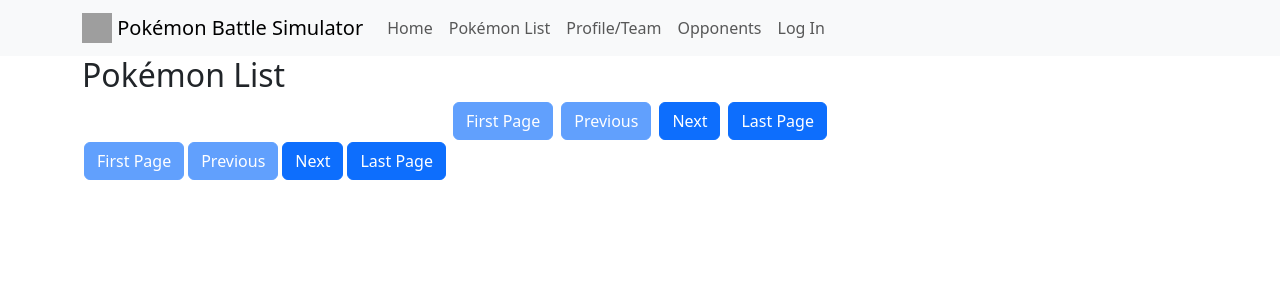
Repository: chsbca/Pokemon-Battle-Simulator
Page: /pokemon_list (app in front-end/)
These files come from the project's save history. The page is drawn as it stood at one moment and after the next save; the edit follows.
The browser window is 1280 px wide. The pictures show the whole page.
Pictures or frames that could not be fetched are drawn as grey boxes. The page's requests for data from a server got no answer. The project was rebuilt for these pictures with package versions that can differ from the ones it lists, and the page was loaded fresh each time. No one was signed in, and anything a server would have sent is missing. Also part of the build but not shown: front-end/vite.config.js, front-end/src/components/ProtectedRoute.jsx, front-end/src/pages/Error404Page.jsx, front-end/src/pages/HomePage.jsx, front-end/src/pages/ProfilePage.jsx, front-end/src/pages/OpponentsPage.jsx, front-end/src/pages/LoginPage.jsx, front-end/src/pages/SignUpPage.jsx and 1 more.

Above is the page before, as saved 2024-04-17 13:55:08.

After the next save:
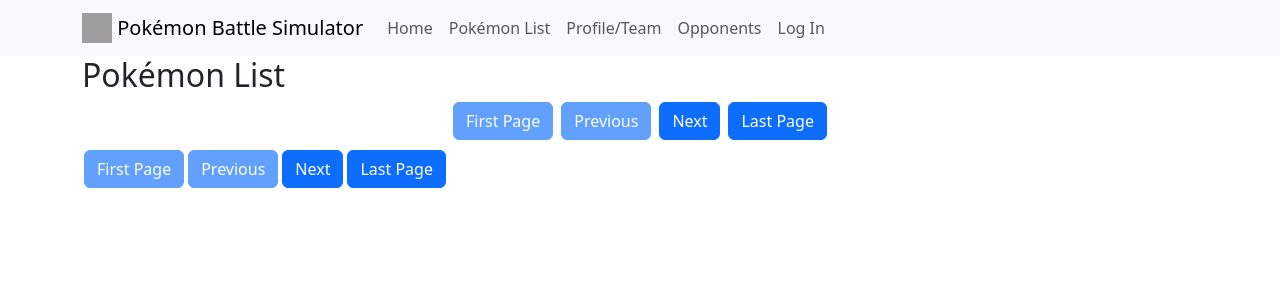
Saved 8 min 3 s later.
--- a/front-end/src/pages/PokemonListPage.jsx
+++ b/front-end/src/pages/PokemonListPage.jsx
@@ -42,10 +42,10 @@
         <div className="container">
             <h2>Pokémon List</h2>
             <div className="pagination-controls d-flex justify-content-center">
-                <button onClick={handleFirstPage} disabled={page === 1} className="btn btn-primary mx-1">First Page</button>
-                <button onClick={handlePrevious} disabled={page === 1} className="btn btn-primary mx-1">Previous</button>
-                <button onClick={handleNext} disabled={page >= lastPage} className="btn btn-primary mx-1">Next</button>
-                <button onClick={handleLastPage} disabled={page >= lastPage} className="btn btn-primary mx-1">Last Page</button>
+                <button onClick={handleFirstPage} disabled={page === 1} className="btn btn-primary mx-1 mb-2">First Page</button>
+                <button onClick={handlePrevious} disabled={page === 1} className="btn btn-primary mx-1 mb-2">Previous</button>
+                <button onClick={handleNext} disabled={page >= lastPage} className="btn btn-primary mx-1 mb-2">Next</button>
+                <button onClick={handleLastPage} disabled={page >= lastPage} className="btn btn-primary mx-1 mb-2">Last Page</button>
             </div>
             <div className="row">
                 {pokemonDetails.map((pokemon, index) => (
